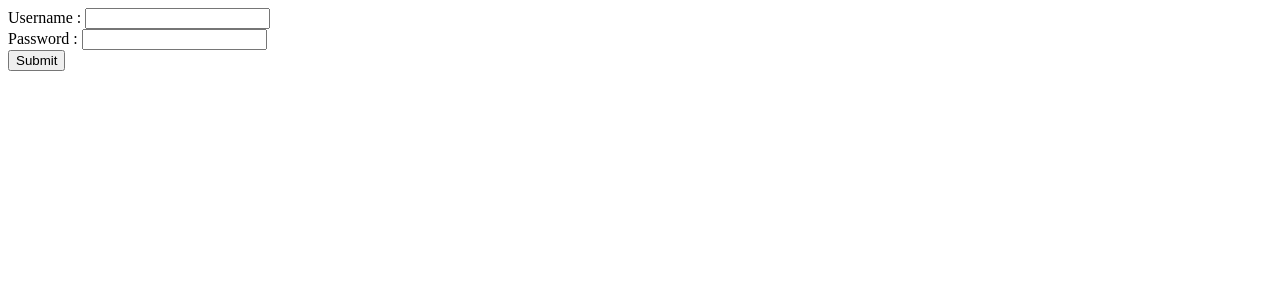
Repository: Pranathi99/FlyAway
Page: http://localhost/FlyAway/changePassword.jsp
The author's editor kept a copy of each file at every save. The page is drawn from the files as they stood at one save, then again after the next save.
The browser window is 1280 px wide. The pictures show the whole page.
The page is served by Tomcat 9. Other server files are loaded and not shown.

Above is the page before, as saved 2023-03-25 19:39:58.

### FlyAway/src/main/webapp/changePassword.jsp
<%@ page language="java" contentType="text/html; charset=ISO-8859-1"
    pageEncoding="ISO-8859-1"%>
<!DOCTYPE html>
<html>
<head>
<meta charset="ISO-8859-1">
<title>FlyAway</title>
</head>
<body>
	<%
		String username=request.getParameter("username");
		String password=request.getParameter("password");
		if(username!=null && password!=null)
		{
			out.println("Password changed successfully!");

		}
	%>
	<form method="post">
	Username : <input type="text" name="username"/><br/>
	Password : <input type="password" name="password"/><br/>
	<input type="submit" value="Submit"/>
	</form>

</body>
</html>

After the next save:
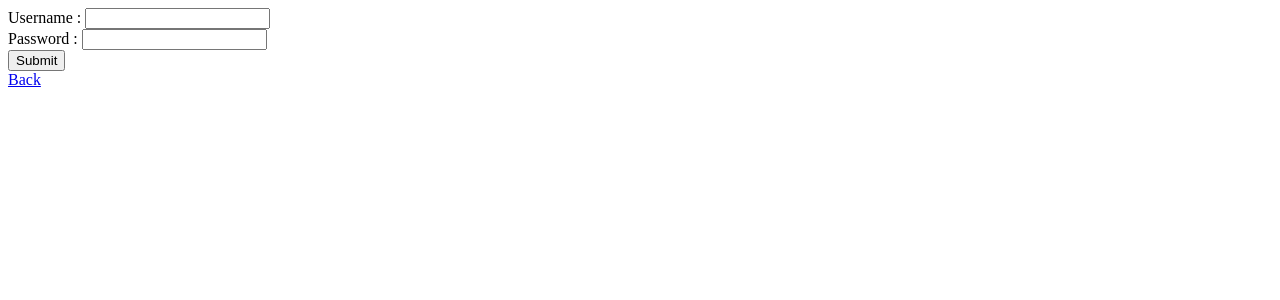
Saved 57 s later.
--- a/FlyAway/src/main/webapp/changePassword.jsp
+++ b/FlyAway/src/main/webapp/changePassword.jsp
@@ -13,7 +13,6 @@
 		if(username!=null && password!=null)
 		{
 			out.println("Password changed successfully!");
-
 		}
 	%>
 	<form method="post">
@@ -21,6 +20,7 @@
 	Password : <input type="password" name="password"/><br/>
 	<input type="submit" value="Submit"/>
 	</form>
+	<a href="adminHome.html">Back</a>
 
 </body>
 </html>
